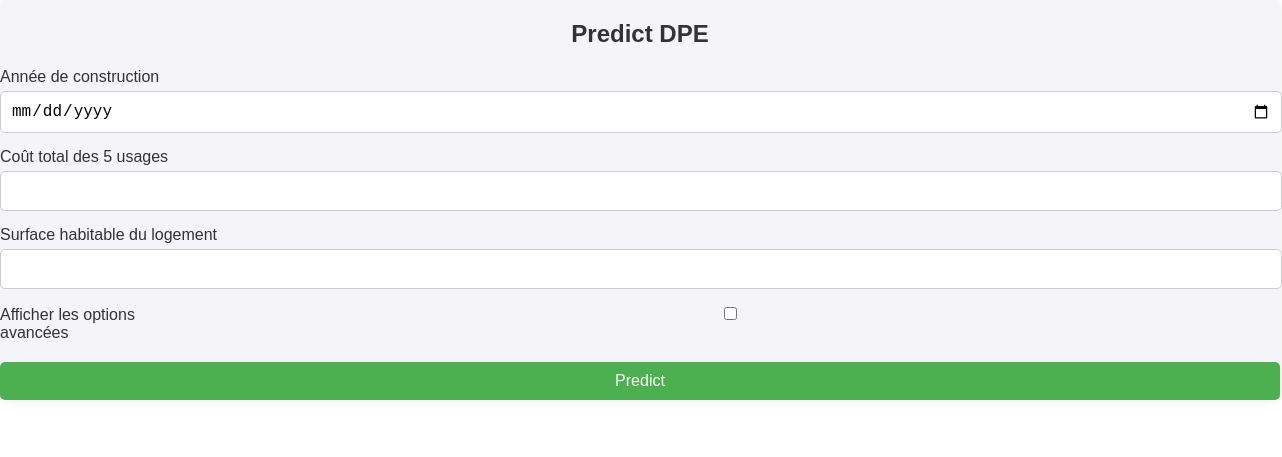
Repository: abdouAppcraft/Predict-DPE
Page: /
The author's editor kept a copy of each file at every save. The page is drawn from the files as they stood at one save, then again after the next save.
The browser window is 1280 px wide. The page is 1282 px wide, then 1280 px, then 1282 px, so the pictures cover 1282 px, including what lies to the right of the window. The pictures show the whole page.
The page's requests for data from a server got no answer. The project was rebuilt for these pictures with package versions that can differ from the ones it lists, and the page was loaded fresh each time. No one was signed in, and anything a server would have sent is missing. Also part of the build but not shown: src/screens/Result/Result.tsx.

Above is the page before, as saved 2024-06-11 17:10:08.

After the next save:
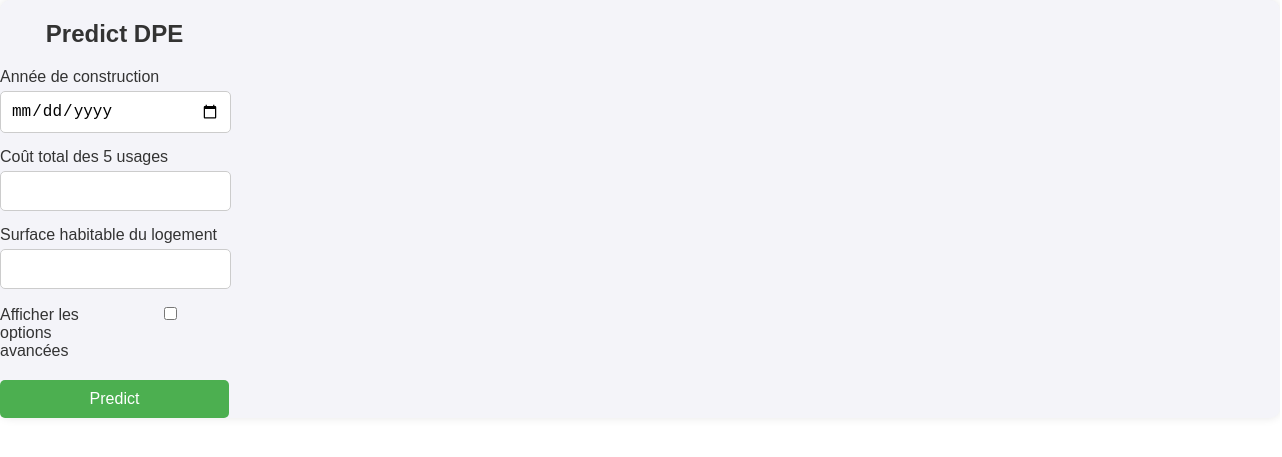
Saved 8 s later.
--- a/src/screens/PredictForm/PredictForm.css
+++ b/src/screens/PredictForm/PredictForm.css
@@ -7,12 +7,12 @@
     display: flex;
     gap: 1rem;
 
-    section:first-child {
+    /* section:first-child {
         flex: 1;
     };
     section:last-child {
         flex: 1;
-    };
+    }; */
 
     h1 {
         text-align: center;

After the save that followed:
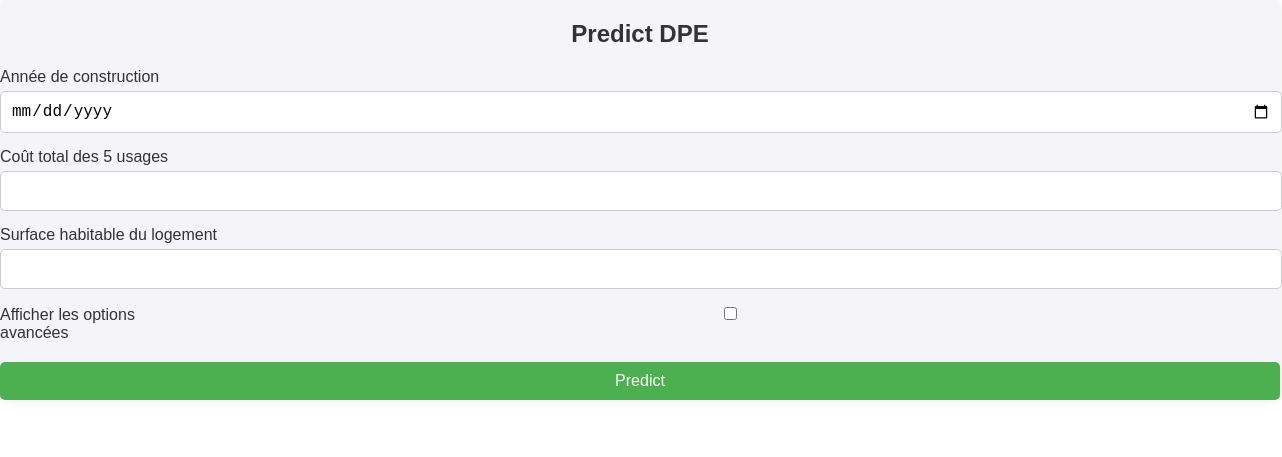
Saved 4 s later.
--- a/src/screens/PredictForm/PredictForm.css
+++ b/src/screens/PredictForm/PredictForm.css
@@ -7,12 +7,12 @@
     display: flex;
     gap: 1rem;
 
-    /* section:first-child {
+    section:first-child {
         flex: 1;
     };
     section:last-child {
         flex: 1;
-    }; */
+    };
 
     h1 {
         text-align: center;
